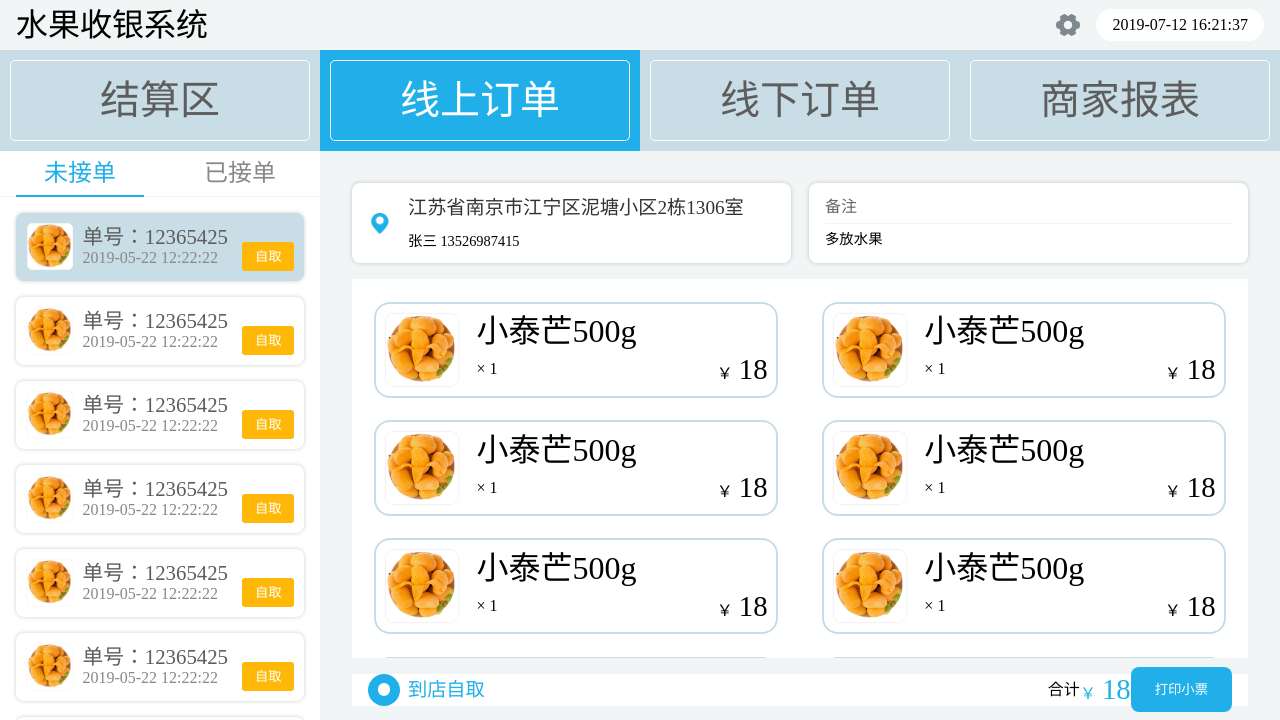
Repository: missing-star/fruit
Page: index.html
These files come from the project's save history. The page is drawn as it stood at one moment and after the next save; the edit follows.
The browser window is 1280 px wide. The pictures show the whole page.
An inner scrolling area shows only its first screen.

Above is the page before, as saved 2019-07-12 17:37:00.

### index.html
<!DOCTYPE html>
<html lang="en">

<head>
    <meta charset="UTF-8">
    <meta name="viewport" content="width=device-width, initial-scale=1.0">
    <meta http-equiv="X-UA-Compatible" content="ie=edge">
    <title>水果收银系统</title>
    <link rel="stylesheet" href="./css/index.css">
</head>

<body>
    <div id="app">
        <header class="title-bar">
            <p class="title">水果收银系统</p>
            <div class="right-part-show">
                <img src="./images/setting.png" alt="设置" class="setting-icon">
                <p class="show-current-time">{{currentTime}}</p>
            </div>
        </header>
        <ul class="category-tab">
            <li class="category-item" :class="{active:currentIndex == 0}" @click="switchTab(0)">
                <p class="category-title">结算区</p>
            </li>
            <li class="category-item" :class="{active:currentIndex == 1}" @click="switchTab(1)">
                <p class="category-title">线上订单</p>
            </li>
            <li class="category-item" :class="{active:currentIndex == 2}" @click="switchTab(2)">
                <p class="category-title">线下订单</p>
            </li>
            <li class="category-item" :class="{active:currentIndex == 3}" @click="switchTab(3)">
                <p class="category-title">商家报表</p>
            </li>
        </ul>
        <!-- 结算区 -->
        <div v-show="currentIndex == 0" class="main-content">
            <div class="operation-wrapper">
                <ul class="goods-list-wrapper">
                    <li v-for="n in 10" class="goods-item">
                        <div class="goods-pic-wrapper">
                            <span class="delete-icon pointer"></span>
                            <img src="./images/goods.png" class="goods-pic">
                        </div>
                        <div class="goods-detail">
                            <p class="goods-title">苹果</p>
                            <p class="goods-spec">规格：12元/250g</p>
                            <p class="goods-money">
                                <span class="goods-weight">重量357g</span>
                                <span class="goods-price">
                                    <i class="money-icon black">￥</i>
                                    <i class="money-number black">18</i>
                                </span>
                            </p>
                        </div>
                    </li>
                </ul>
                <div class="calculator-scope">
                    <div class="show-total-money">
                        <p class="total-title">共4件商品</p>
                        <p class="total-money">
                            <span class="money-title">合计</span>
                            <span class="show-money">
                                <i class="money-icon blue">￥</i>
                                <i class="money-number blue">54.00</i>
                            </span>
                        </p>
                    </div>
                    <div class="operation-group">
                        <div class="left-part">
                            <button class="order-list pointer">挂单列表</button>
                            <button class="go-order pointer">挂单</button>
                        </div>
                        <button class="right-part pointer">
                            结算
                        </button>
                    </div>
                </div>
            </div>
            <div class="goods-choice-wrapper">
                <ul class="goods-category-wrapper">
                    <li @click="switchSubTab(n-1)" :class="{active:subCurrentIndex == n-1}" v-for="n in 20"
                        class="goods-category-item pointer">
                        分类
                    </li>
                </ul>
                <ul class="goods-choice-list">
                    <li v-for="n in 20" class="goods-choice-item">
                        <img src="./images/goods.png" class="goods-show-pic">
                        <p class="goods-desc">
                            <span class="goods-name">小泰芒</span>
                            <span class="price-weight">23元 / 250g</span>
                        </p>
                    </li>
                </ul>
            </div>
        </div>
        <div v-show="currentIndex == 1" class="main-content">
            <div class="operation-wrapper">
                <ul class="tab-wrapper">
                    <li @click="switchOnlineTab(0)" :class="{active:onlineCurrentIndex == 0}" class="tab-item pointer">
                        未接单</li>
                    <li @click="switchOnlineTab(1)" :class="{active:onlineCurrentIndex == 1}" class="tab-item pointer">
                        已接单</li>
                </ul>
                <div class="order-list-wrapper">
                    <ul v-show="onlineCurrentIndex == 0" class="accept-wrapper">
                        <li @click="getOrderDetail(0,n)" v-for="n in 20" class="order-item pointer"
                            :class="{active:currentOrder == n && onlineCurrentIndex == 0}">
                            <img src="./images/goods.png" class="order-goods-pic">
                            <div class="order-detail">
                                <p class="order-number">单号：12365425</p>
                                <p class="order-date">2019-05-22 12:22:22</p>
                            </div>
                            <button class="post-way self">自取</button>
                        </li>
                    </ul>
                    <ul v-show="onlineCurrentIndex == 1" class="accept-wrapper">
                        <li @click="getOrderDetail(1,n)" v-for="n in 20" class="order-item pointer"
                            :class="{active:currentOrder == n && onlineCurrentIndex == 1}">
                            <img src="./images/goods.png" class="order-goods-pic">
                            <div class="order-detail">
                                <p class="order-number">单号：12365425</p>
                                <p class="order-date">2019-05-22 12:22:22</p>
                            </div>
                            <button class="post-way post">自取</button>
                        </li>
                    </ul>
                </div>
            </div>
            <div class="order-detail-wrapper">
                <div class="user-info">
                    <div class="user-address info-part">
                        <img src="./images/location.png" class="location">
                        <div class="address-detail">
                            <p class="address">江苏省南京市江宁区泥塘小区2栋1306室</p>
                            <p class="user-detail">张三 13526987415</p>
                        </div>
                    </div>
                    <div class="user-comment info-part">
                        <p class="comment-title">备注</p>
                        <p class="user-detail">多放水果</p>
                    </div>
                </div>
                <ul class="order-detail-goods-list-wrapper">
                    <li v-for="n in 30" class="order-detail-goods-item">
                        <img src="./images/goods.png" class="order-detail-goods-pic">
                        <div class="order-detail-goods-detail">
                            <p class="title">小泰芒500g</p>
                            <p class="number-money">
                                <span class="goods-num">× 1</span>
                                <span class="goods-price">
                                    <i class="money-icon black">￥</i>
                                    <i class="money-number black">18</i>
                                </span>
                            </p>
                        </div>
                    </li>
                </ul>
                <div class="ticket-print-wrapper">
                    <div class="is-in-shop">
                        <div class="checkbox-wrapper">
                            <div class="checkbox-inner"></div>
                        </div>
                        <span class="check-titl">到店自取</span>
                    </div>
                    <div class="right-calculator">
                        <p class="calculator-title">合计</p>
                        <span class="goods-price">
                            <i class="money-icon blue">￥</i>
                            <i class="money-number blue">18</i>
                        </span>
                        <button class="print-action">打印小票</button>
                    </div>
                </div>
            </div>
        </div>
        <div v-show="currentIndex == 2" class="main-content">

        </div>
        <div v-show="currentIndex == 3" class="main-content">

        </div>
    </div>
    <script src="https://cdn.bootcss.com/vue/2.6.10/vue.js"></script>
    <script src="./js/index.js"></script>
</body>

</html>

### css/index.css
html,body,div#app{
    height: 100%;
    background: #FFFFFF;
    min-width: 1200px;
}
body{
    font-size: calc(100vw / 19.2);
}
*{
    padding: 0;
    margin: 0;
    list-style: none;
    box-sizing: border-box;
    line-height: 100%;
    color: #000000;
    font-style: normal;
}
header.title-bar {
    background: #F2F5F6;
    padding: 1rem;
    height: 7%;
    display: flex;
    align-items: center;
    justify-content: space-between;
}
p.title {
    font-size: 2rem;
}
.right-part-show {
    display: flex;
    align-items: center;
    justify-content: space-around;
}
img.setting-icon {
    width: 1.5rem;
    margin-right: 1rem;
    cursor: pointer;
}
p.show-current-time {
    font-size: 1rem;
    background: #FFFFFF;
    padding: 0.5rem 1rem;
    border-radius: 10rem;
}
ul.category-tab {
    width: 100%;
    height: 14%;
    display: flex;
    align-items: center;
    justify-content: space-around;
    background: #C8DDE5;
}
li.category-item{
    width: 100%;
    height: 100%;
    display: flex;
    align-items: center;
    justify-content: center;
    padding: 10px;
    cursor: pointer;
}
li.category-item p.category-title {
    color: #5D5D5D;
    border: 1px solid #FFFFFF;
    border-radius: 5px;
    width: 100%;
    height: 100%;
    display: flex;
    align-items: center;
    justify-content: center;
    white-space: nowrap;
    font-size: 2.5rem;
}
li.category-item.active{
    background: #21AFE9;
}
li.category-item.active p.category-title{
    color: #FFFFFF;
}
.pointer{
    cursor: pointer;
}
.main-content {
    height: 79%;
    display: flex;
}
.operation-wrapper {
    width: 25%;
    height: 100%;
}
li.goods-item {
    height: 13vh;
    box-shadow: 0px 0px 4px 0px rgba(0,0,0,0.2);
    border-radius: 10px;
    margin: 1rem 0;
    display:flex;
}
.goods-pic-wrapper {
    position: relative;
    height: 100%;
    width: 30%;
    padding: 1rem;
}
img.goods-pic {
    width: 100%;
    height: auto;
}
ul.goods-list-wrapper {
    height: 75%;
    overflow: auto;
    padding: 0.5rem;
}
.calculator-scope {
    height: 25%;
}
span.delete-icon {
    width: 1.5rem;
    height: 1.5rem;
    background: url(../images/delete.png) no-repeat;
    background-size: 100% 100%;
    display: block;
    position: absolute;
    left: 0.5rem;
    top: 0.5rem;
}
.goods-detail {
    width: 70%;
    height: 100%;
}
p.goods-title {
    color: #000000;
    font-size: 2rem;
}
p.goods-spec {
    color: #6B6B6B;
    font-size: 1.2rem;
}
p.goods-money {
    display: flex;
    align-items: center;
    justify-content: space-between;
}
span.goods-weight {
    color: #FE7204;
    font-size: 1.5rem;
}
span.goods-price {
    font-size: 1.5rem;
}
.goods-detail {
    width: 70%;
    height: 100%;
    display: flex;
    flex-direction: column;
    justify-content: space-between;
    padding: 1rem;
}
i.money-number {
    font-size: 1.8rem;
}
i.money-icon {
    font-size: 1rem;
}
i.money-number.blue,i.money-icon.blue{
    color: #21AFE9;
}

.calculator-scope {
    border-top: 2px solid rgba(242,245,246,1);
    padding: 1rem;
}
div.show-total-money {
    background: rgba(242,245,246,1);
    display: flex;
    align-items: center;
    justify-content: space-between;
    font-size: 1.2rem;
    height: 30%;
    padding: 1rem;
    border-radius: 0.5rem;
    box-shadow:0px 1px 4px 0px rgba(0,0,0,0.2);
}
.operation-group {
    display: flex;
    align-items: center;
    justify-content: space-between;
    height: 70%;
    padding-top: 1rem;
}
p.total-title {
    color: #5D5D5D;
}
span.money-title {
    color: #333333;
}
button.order-list.pointer {
    background: #FFC639;
    outline: 0;
    border: none;
    color: #FFFFFF;
    width: 100%;
    height: 40%;
}
.left-part {
    width: 55%;
    height: 100%;
    display: flex;
    flex-direction: column;
    align-items: flex-start;
    justify-content: space-between;
}
button.order-list.pointer,button.go-order.pointer {
    border-radius: 0.5rem;
    background: #FFC639;
    outline: 0;
    border: none;
    color: #FFFFFF;
    width: 85%;
    height: 44%;
    font-size: 1.5rem;
}
button.go-order.pointer {
    background: #FF7A05;
}
.right-part {
    background: #21AFE9;
    border-radius: 0.5rem;
    color: #FFFFFF;
    font-size: 2rem;
    width: 45%;
    height: 100%;
    display: flex;
    align-items: center;
    justify-content: center;
    outline: 0;
    border:none;
}
ul.goods-category-wrapper {
    height: 100%;
    overflow: auto;
}
.goods-choice-wrapper {
    width: 75%;
    display: flex;
}
ul.goods-category-wrapper {
    width: 15%;
    height: 100%;
    overflow: auto;
}
li.goods-category-item {
    font-size: 1.5rem;
    display: flex;
    align-items: center;
    justify-content: center;
    height: 4rem;
    background: #EAEFF1;
    color: #5D5D5D;
    border-bottom: 2px solid #FFFFFF;
}
li.goods-category-item.active{
    background: #21AFE9;
    color: #FFFFFF;
}
ul.goods-choice-list {
    height: 100%;
    overflow: auto;
    width: 85%;
    background: #F2F5F6;
    display: flex;
    flex-wrap: wrap;
}
img.goods-show-pic {
    width: 100%;
}
li.goods-choice-item {
    width: 25%;
    margin: 2% calc(25% / 6);
    background: #FFFFFF;
    border-radius: 1rem;
    padding: 1rem;
}
p.goods-desc {
    display: flex;
    flex-direction: column;
    padding: 0 1rem;
}
span.goods-name {
    color: #333333;
    font-size: 2rem;
    margin-bottom: 1rem;
}
span.price-weight {
    color: #888888;
    font-size: 1.3rem;
}
ul::-webkit-scrollbar {
    height: 0;
    width: 4px;
}
ul::-webkit-scrollbar {
    width: 5px; /*对垂直流动条有效*/
    height: 0px; /*对水平流动条有效*/
}

/*定义滚动条的轨道颜色、内阴影及圆角*/
ul::-webkit-scrollbar-track{
    background-color: #FFFFFF;
    border-radius: 3px;
}


/*定义滑块颜色、内阴影及圆角*/
ul::-webkit-scrollbar-thumb{
    border-radius: 7px;
    background-color: #aaa;
}
ul.tab-wrapper{
    width: 100%;
    height: 8%;
    font-size: 1.5rem;
    display: flex;
    align-items: center;
    justify-content: space-around;
    border-bottom: 1px solid rgba(242,245,246,1);
}
li.tab-item{
    color: #888888;
    position: relative;
    width: 50%;
    text-align:center;
    height: 100%;
    display: flex;
    align-items: center;
    justify-content: center;
}
li.tab-item.active{
    color: #21AFE9;
}
li.tab-item.active:after{
    content: '';
    width: 80%;
    height: 2px;
    background: #21AFE9;
    position: absolute;
    bottom: -1px;
    left: 10%;
}
.order-list-wrapper {
    height: 92%;
}
ul.accept-wrapper {
    width: 100%;
    height: 100%;
    overflow: auto;
}
li.order-item {
    display: flex;
    align-items: center;
    justify-content: space-between;
    height: 13%;
    font-size: 1rem;
    box-shadow: 0px 0px 4px 0px rgba(0,0,0,0.2);
    border-radius: 0.5rem;
    margin: 1rem;
    padding: 0.6rem;
}
img.order-goods-pic{
    height: 100%;
}
button.post-way {
    align-self: flex-end;
    border: none;
    outline: 0;
    color: #FFFFFF;
    padding: 0.5rem 0.8rem;
    border-radius: 0.2rem;
}
button.post-way.self{
    background: #FFB807;
}
button.post-way.post{
    background: #FF7A05;
}
p.order-number {
    color: #5D5D5D;
    font-size: 1.3rem;
}
p.order-date {
    color: #888888;
    font-size: 1rem;
}
.order-detail {
    flex: 1;
    height: 85%;
    display: flex;
    align-items: flex-start;
    padding-left: 0.5rem;
    justify-content: space-around;
    flex-direction: column;
}
li.order-item.active{
    background: #C8DDE5;
}
.order-detail-wrapper {
    width: 75%;
    height: 100%;
    background: #F2F5F6;
    padding: 2rem;
}
.user-info {
    display: flex;
    align-items: center;
    justify-content: space-between;
    font-size: 1rem;
}
.info-part {
    box-shadow: 0px 0px 4px 0px rgba(0,0,0,0.2);
    border-radius: 0.5rem;
    width: 49%;
    padding: 1rem;
    height: 5rem;
    display: flex;
    align-items: center;
    background: #FFFFFF;
}
img.location{
    width: 1.5rem;
}
.address-detail{
    padding-left: 1rem;
}
p.address {
    color: #333333;
    font-size: 1.2rem;
    padding-bottom: 0.5rem;
}
p.user-detail {
    font-size: 0.9rem;
    padding-top: 0.5rem;
}
.user-comment.info-part {
    display: flex;
    flex-direction: column;
    align-items: flex-start;
}
p.comment-title {
    color: #666666;
    padding-bottom: 0.5rem;
    width: 100%;
    border-bottom: 1px solid #F2F5F6;
}
ul.order-detail-goods-list-wrapper {
    height: 75%;
    overflow: auto;
    margin-top: 1rem;
    display: flex;
    flex-wrap: wrap;
    background: #FFFFFF;
}
img.order-detail-goods-pic {
    height: 100%;
}
li.order-detail-goods-item {
    width: 45%;
    margin: 2.5%;
    margin-bottom: 0;
    height: 6rem;
    border: 2px solid #C8DDE5;
    border-radius: 1rem;
    padding: 0.5rem;
    display: flex;
    align-items: center;
    font-size: 1rem;
}
.order-detail-goods-detail {
    flex: 1;
    height: 100%;
    display: flex;
    flex-direction: column;
    justify-content: space-around;
    padding-left: 1rem;
}
p.number-money {
    display: flex;
    align-items: center;
    justify-content: space-between;
}
.ticket-print-wrapper {
    height: calc(100% - 6rem - 75%);
    background: #FFFFFF;
    margin-top: 1rem;
    font-size: 1rem;
    display: flex;
    align-items: center;
    justify-content: space-between;
    padding: 1rem;
}
div.is-in-shop {
    display: flex;
    align-items: center;
}
.checkbox-wrapper {
    width: 2rem;
    height: 2rem;
    background: #21AFE9;
    border-radius: 50%;
    display: flex;
    align-items: center;
    justify-content: center;
}
.checkbox-inner {
    background: #FFFFFF;
    width: 40%;
    height: 40%;
    border-radius: 50%;
}
span.check-titl {
    color: #21AFE9;
    font-size: 1.2rem;
    padding-left: 0.5rem;
}
.right-calculator {
    display: flex;
    align-items: center;
    justify-content: space-between;
}
button.print-action {
    background: #21AFE9;
    outline: 0;
    border: none;
    color: #FFFFFF;
    padding: 1rem 1.5rem;
    border-radius: 0.5rem;
}

### js/index.js
new Vue({
    el: '#app',
    data: {
        currentTime: '0000-00-00 00:00:00',
        currentIndex:1,
        subCurrentIndex:0,
        onlineCurrentIndex:0,
        currentOrder:1
    },
    methods: {
        getCurrentTime: function () {
            var date = new Date();
            var year = date.getFullYear();
            var month = (date.getMonth() + 1) < 10 ? '0' + (date.getMonth() + 1) : (date.getMonth() + 1);
            var day = date.getDate() < 10 ? '0' + date.getDate() : date.getDate();
            var hour = date.getHours() < 10 ? '0' + date.getHours() : date.getHours();
            var minute = date.getMinutes() < 10 ? '0' + date.getMinutes() : date.getMinutes();
            var second = date.getSeconds() < 10 ? '0' + date.getSeconds() : date.getSeconds();
            this.currentTime = year + '-' + month + '-' + day + ' ' + hour + ':' + minute + ':' + second;
        },
        switchTab:function(index) {
            if(this.currentIndex != index) {
                this.currentIndex = index;
            }
        },
        switchSubTab:function(index) {
            if(this.subCurrentIndex != index) {
                this.subCurrentIndex = index;
            }
        },
        switchOnlineTab:function(index) {
            if(this.onlineCurrentIndex != index) {
                this.onlineCurrentIndex = index;
            }
        },
        getOrderDetail:function(onlineCurrentIndex,currentOrder) {
            if(this.onlineCurrentIndex != onlineCurrentIndex || currentOrder != this.currentOrder) {
                this.onlineCurrentIndex = onlineCurrentIndex;
                this.currentOrder = currentOrder;
            }
        }
    },
    created: function () {
        var vm = this;
        vm.getCurrentTime();
        setInterval(function(){
            vm.getCurrentTime();
        }, 1000);
    }
});

After the next save:
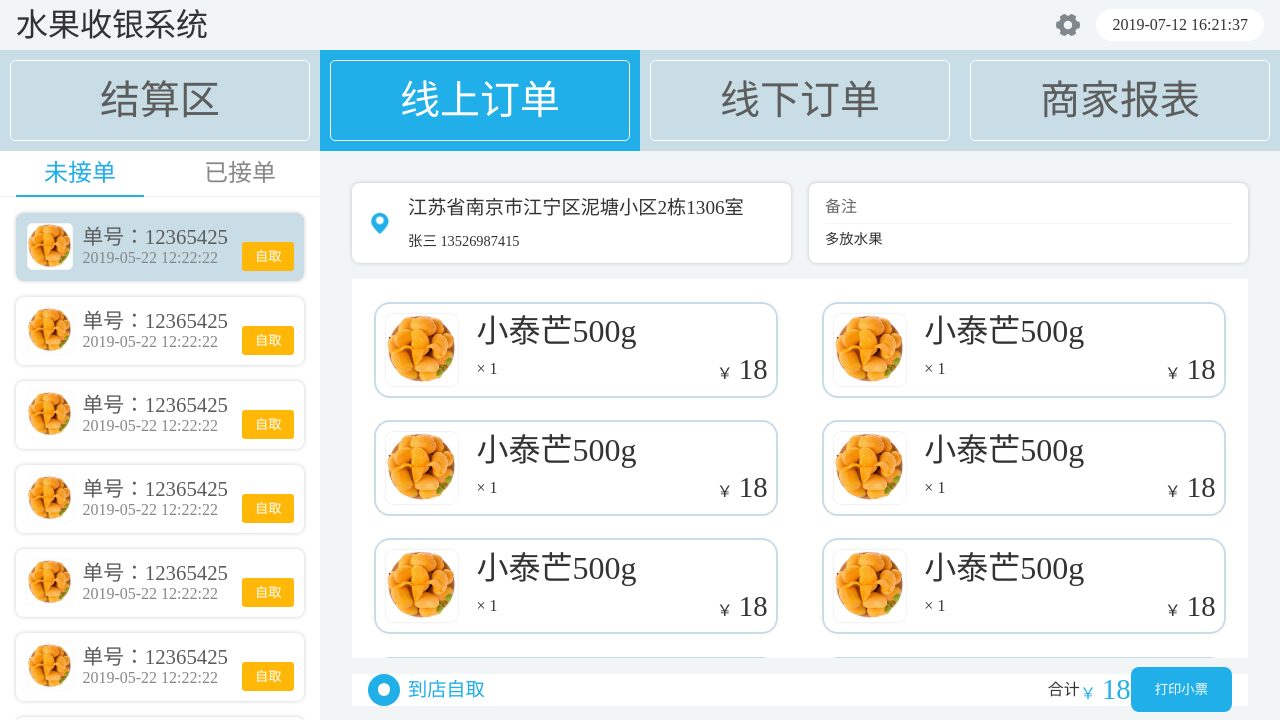
Saved 33 s later.
--- a/css/index.css
+++ b/css/index.css
@@ -12,7 +12,7 @@ body{
     list-style: none;
     box-sizing: border-box;
     line-height: 100%;
-    color: #000000;
+    color: #333333;
     font-style: normal;
 }
 header.title-bar {
